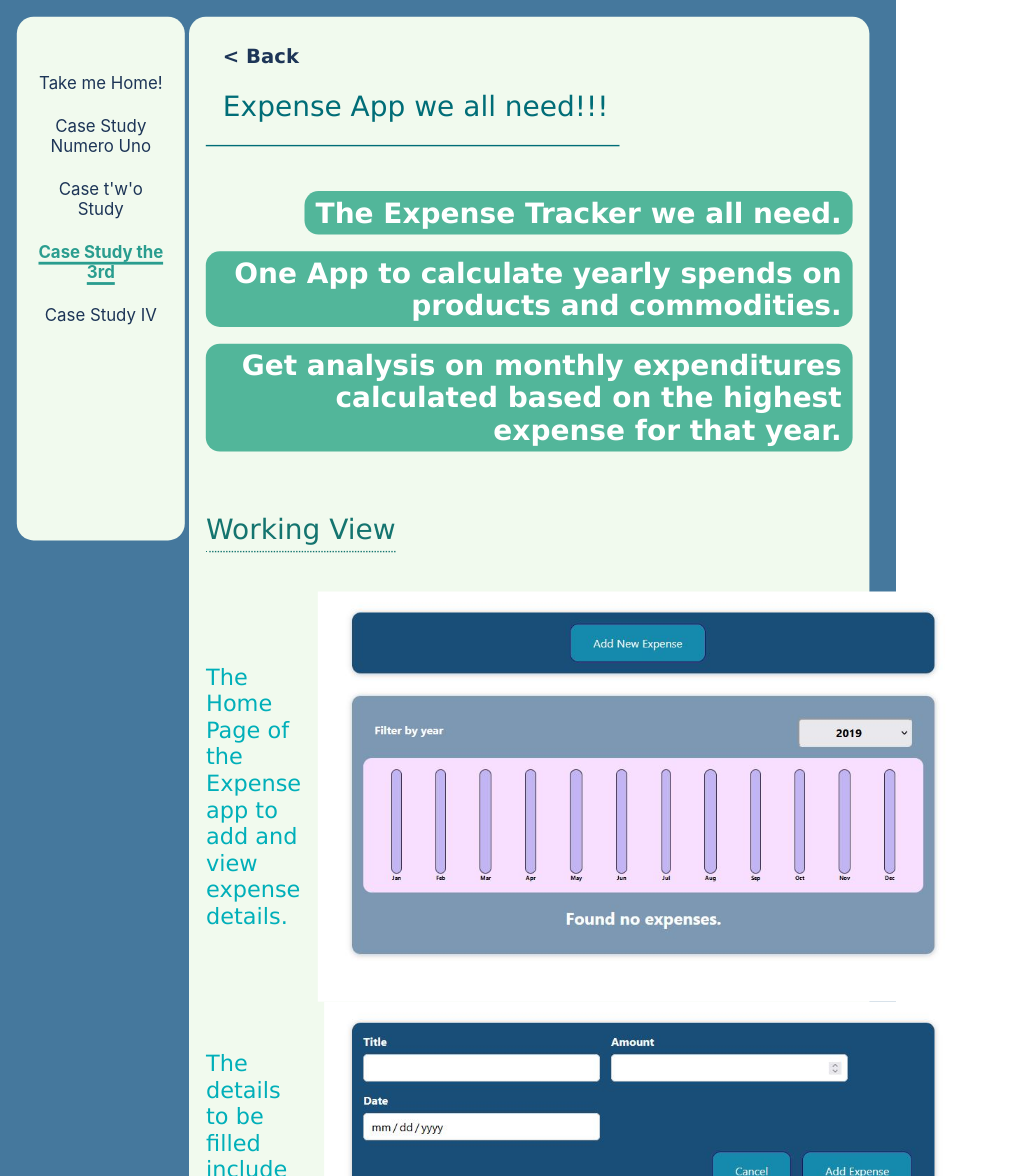
Repository: niranjangp/portfolioReact
Page: /cs-three
These files come from the project's save history. The page is drawn as it stood at one moment and after the next save; the edit follows.
The browser window is 1280 px wide. The page is 1449 px wide, then 1362 px, so the pictures cover 1449 px, including what lies to the right of the window. The pictures show the part of the page from y = 0 to 1680 px (the page is 4994 px tall before and 5125 px after), at 70% of full size.
The project was rebuilt for these pictures with package versions that can differ from the ones it lists, and the page was loaded fresh each time. Also part of the build but not shown: src/pages/enterDesign.jsx, src/pages/csOne.jsx, src/pages/csTwo.jsx, src/pages/notFound.jsx.

Above is the page before, as saved 2022-02-01 18:53:30.

### public/index.html
<!DOCTYPE html>
<html lang="en">
  <head>
    <meta charset="utf-8" />
    <!--<link rel="icon" href="%PUBLIC_URL%/favicon.ico" />-->
    <meta name="viewport" content="width=device-width, initial-scale=1" />
    <meta name="theme-color" content="#000000" />
    <meta
      name="description"
      content="Web site created using create-react-app"
    />
    <!--<link rel="apple-touch-icon" href="%PUBLIC_URL%/logo192.png" />-->
    <!--
      manifest.json provides metadata used when your web app is installed on a
      user's mobile device or desktop. See https://developers.google.com/web/fundamentals/web-app-manifest/
    -->
    <link rel="manifest" href="%PUBLIC_URL%/manifest.json" />
    <!--
      Notice the use of %PUBLIC_URL% in the tags above.
      It will be replaced with the URL of the `public` folder during the build.
      Only files inside the `public` folder can be referenced from the HTML.

      Unlike "/favicon.ico" or "favicon.ico", "%PUBLIC_URL%/favicon.ico" will
      work correctly both with client-side routing and a non-root public URL.
      Learn how to configure a non-root public URL by running `npm run build`.
    -->
    <title>Portfolio</title>
  </head>
  <body>
    <noscript>You need to enable JavaScript to run this app.</noscript>
    <div id="root"></div>
    <!--
      This HTML file is a template.
      If you open it directly in the browser, you will see an empty page.

      You can add webfonts, meta tags, or analytics to this file.
      The build step will place the bundled scripts into the <body> tag.

      To begin the development, run `npm start` or `yarn start`.
      To create a production bundle, use `npm run build` or `yarn build`.
    -->
  </body>
</html>

### src/index.css
body {
  margin: 0;
  font-family: -apple-system, BlinkMacSystemFont, 'Segoe UI', 'Roboto', 'Oxygen',
    'Ubuntu', 'Cantarell', 'Fira Sans', 'Droid Sans', 'Helvetica Neue',
    sans-serif;
  -webkit-font-smoothing: antialiased;
  -moz-osx-font-smoothing: grayscale;
  box-sizing: border-box;
}

code {
  font-family: source-code-pro, Menlo, Monaco, Consolas, 'Courier New',
    monospace;
}

p {
  margin: 0;
}

### src/App.js
import './App.css';

import { Route, NavLink, Switch, Redirect } from 'react-router-dom';
import EnterTheDesign from './pages/enterDesign';
import CSOne from './pages/csOne';
import CSTwo from './pages/csTwo';
import CSThree from './pages/csThree';
import NotFound from './pages/notFound';

function App() {
  const flatIconLink = "https://www.flaticon.com/free-icons/programmer";
  const wfhIconLink = "https://www.flaticon.com/free-icons/work-from-home";


  return (
    <div className='App'>
      <div className="containerOne">
        <nav className='navigation'>
          <div className='navDiv'>
            <NavLink activeClassName="nav-link active" className="nav-link" to="/enter-the-design">Take me Home!</NavLink>
          </div>
          <div className='navDiv'>
            <NavLink activeClassName="nav-link active" className="nav-link" to="/cs-one">Case Study Numero Uno</NavLink>
          </div>
          <div className='navDiv'>
            <NavLink activeClassName="nav-link active" className="nav-link" to="/cs-two">Case t'w'o Study</NavLink>
          </div>
          <div className='navDiv'>
            <NavLink activeClassName="nav-link active" className="nav-link" to="/cs-three">Case Study the 3rd</NavLink>
          </div>
          <div className='navDiv'>
            <NavLink activeClassName="nav-link active" className="nav-link" to="/cs-four">Case Study IV</NavLink>
          </div>
        </nav>
        <main className='mainOne'>
          <Switch>
            <Route exact path="/" ><Redirect to="/enter-the-design" /></Route>
            <Route path="/enter-the-design" ><EnterTheDesign /></Route>
            <Route exact path="/cs-one" ><CSOne /></Route>
            <Route exact path="/cs-two" ><CSTwo /></Route>
            <Route exact path="/cs-three"><CSThree /></Route>

            <Route path="*"><NotFound /></Route>
          </Switch>
          {/*<div className='firstRow'>
            <div className="width-60">
              <p className='fr-info'>NIRANJAN G P, IS A UI DEVELOPER AT DELOITTE USI</p>
            </div>
            <div className="width-40 img-block">
              <img src={avatarIcon} alt="avatar-icon" className='avtr-img' />
            </div>
          </div>
          <div className='sec-row'>
            <p>Hi, this is Niranjan.</p>
            <p>I Joined Deloitte USI as a campus recruit. Since then I've been part of many innovative and high-intensity projects, coordinating between multiple virtual teams to help complete client deliverables.</p>
            <p>I've been part of the FRONT-END community since 2017 and constantly learning and developing UI and gradually having a go at UX design parallely.</p>
            <p>Currently based in Bengaluru, I have a big love for travel and adventure, also keeping in mind to do my bit to conserve the environment.</p>
            <p>Thanks for stopping by.</p>
          </div>*/}

        </main>
        <footer>
          <div className='footer-info'>
            {/*<p>Niranjan G P</p>*/}
            <p>Design & Develop    |   mailtonirgp@gmail.com</p>
            <p>Please consider the Environment while printing.</p>
          </div>
          <div className='credits'>
            <a href={flatIconLink} title="programmer icons">Programmer icons created by Flat Icons - Flaticon</a>
            <a href={wfhIconLink} title="work from home icons">Work from home icons created by Freepik - Flaticon</a>
            <a href="https://www.flaticon.com/free-icons/fruit" title="fruit icons">Fruit icons created by Freepik - Flaticon</a>
            <a href="https://www.flaticon.com/free-icons/digital-money" title="digital money icons">Digital money icons created by Freepik - Flaticon</a>
          </div>
        </footer>
      </div>

    </div>
  );
}

export default App;

### src/App.css
.containerOne {
  background-color: #45789d;
  padding: 24px;
  position: relative;
}

.mainOne {
  width: 75%;
  margin-left: 20%;
  background-color: #F1FAEE;
  height: 100%;
  border-radius: 1.5rem;
  padding: 24px;
}

.navigation {
  position: absolute;
  top: 24px;
  left: 24px;
  width: 15%;
  height: 660px;
  background-color: #F1FAEE;
  border-radius: 1.5rem;
  padding: 64px 24px 24px;
}

.navDiv {
  padding: 16px 0;
  text-align: center;
}

.nav-link {
  font-size: 24px;
  text-decoration: none;
  color: #1d3557;
}

.nav-link.active {
  color: #2a9d8f;
  font-weight: bold;
  border-bottom: 4px solid #2a9d8f;
}

.fr-info {
  font-size: 3rem;
  font-family: 'Gill Sans', 'Gill Sans MT', Calibri, 'Trebuchet MS', sans-serif;
  padding: 24px 24px 24px 48px;
  color: #1d3557;
}

.firstRow {
  display: flex;
  align-items: center;
  padding: 64px 0;
}

.width-60 {
  width: 60%;
}

.width-40 {
  width: 40%;
}

.fullWidth {
  width: 100%;
}

.img-block {
  text-align: center;
}

.sec-row {
  background-color: #1d3557;
  color: #f1faee;
  border-radius: 0.75rem;
  padding: 64px;
  font-family: 'Lucida Sans', 'Lucida Sans Regular', 'Lucida Grande', 'Lucida Sans Unicode', Geneva, Verdana, sans-serif;
  font-size: 28px;
  text-align: justify;
}

.sec-row p {
  padding: 16px;
}

.centered {
  margin: 3rem auto;
  text-align: center;
  display: flex;
  justify-content: center;
  align-items: center;
}

.linkSel {
  text-decoration: underline;
  font-weight: bold;
}

.third-row {
  display: flex;
  flex-wrap: wrap;
  padding: 96px 24px 0;
}

.card-box {
  width: 50%;
  text-align: center;
  height: 600px;
}

.card {
  width: 400px;
  height: 450px;
  background-color: #ffddd2;
  border-radius: 20px;
  box-shadow: 4px 4px 4px 4px rgba(0, 0, 0, 0.2);
  margin: 3rem auto;
  flex-grow: 1;
  flex-shrink: 1;
  transition: width 500ms ease 0s;
}

.card:hover {
  box-shadow: 4px 4px 4px 8px rgba(0, 0, 0, 0.2);
  width: 420px;
  height: 470px;
  cursor: pointer;
}

.card a {
  text-decoration: none;
}

.card p {
  font-size: 32px;
  padding: 24px;
  color: #1d3557;
  font-family: Verdana, Geneva, Tahoma, sans-serif;
}

.card-icon {
  width: 256px;
  margin-top: 40px;
}

.intro-cs {
  text-align: center;
  font-size: 40px;
  color: #1d3557;
  font-family: 'Trebuchet MS', 'Lucida Sans Unicode', 'Lucida Grande', 'Lucida Sans', Arial, sans-serif;
}

footer {
  width: 75%;
  margin-left: 20%;
  background-color: #cfdbd5;
  height: 100%;
  border-radius: 1.5rem;
  padding: 24px;
  margin-top: 64px;
  color: #223843;
}

.footer-info {
  font-size: 1.5rem;
}

.footer-info p {
  padding: 1rem;
}

.credits {
  padding-left: 16px;
}

.credits a {
  text-decoration: none;
  display: block;
}

.csOne {
  min-height: 660px;
  height: 100%;
  color: #1d3557;
}

.backLink {
  font-size: 28px;
  font-weight: bold;
  padding: 16px 16px 16px 24px;
}

.backLink a {
  text-decoration: none;
  color: #1d3557;

}

.csOneHeader, .csTwoHeader, .cs3Header {
  font-size: 40px;
  padding: 16px 16px 32px 24px;
}

.csOneBody {
  padding: 0 24px;
}

.csOneH {
  font-size: 32px;
  padding-bottom: 8px;
  border-bottom: 2px solid #1d3557;
  margin-bottom: 16px;
  display: inline-block;
}

.csOneC {
  font-size: 28px;
}

.pd-bt {
  padding-bottom: 48px;
}

.pd-bt-small {
  padding-bottom: 24px;
}

.clrp {
  width: 100px;
  height: 40px;
  border-top-right-radius: 20px;
  border-bottom-right-radius: 20px;
  margin-right: 24px;
}

.fir {
  background-color: #0070D2;
}

.sec {
  background-color: #16325C;
}

.thi {
  background-color: #526173;
}

.fou {
  font-family: sans-serif;
  padding-right: 24px;
}

.dp-flx {
  display: flex;
  margin: 16px 40px;
  align-items: center;
}

.flx-bx {
  display: flex;
  align-items: center;
  justify-content: space-evenly;
  margin-bottom: 48px;
}

.flx-bx div {
  font-size: 32px;
}

.mrDesk {
  width: 800px;
}

.last-text {
  font-size: 28px;
  color: #f07167;
  margin: 0 64px 24px;
  text-align: center;
}

.csTwo {
  font-family: 'Franklin Gothic Medium', 'Arial Narrow', Arial, sans-serif;
}

.csTwoHeader {
  color: #e76f51;
}

.csTwoPara {
  color: #0081a7;
  font-size: 28px;
  padding-bottom: 8px;
}

.padd-div {
  padding: 16px 24px 56px;
}

.csTwoRowTwo {
  color: #c81d25;
  font-size: 32px;
  padding-bottom: 16px;
  border-bottom: 2px solid #c81d25;
  margin-bottom: 48px;
}

.textCen {
  text-align: center;
}

.screenName {
  font-size: 24px;
  width: 80%;
  margin: 0 auto;
  margin-bottom: 0px;
  background-color: #284b63;
  color: #fff;
  border-top-left-radius: 12px;
  border-top-right-radius: 12px;
  padding: 8px 0;
}

.scrIcon {
  width: 80%;
  margin: 8px 0 64px;
}

.cs3 {
  font-family: 'Lucida Sans', 'Lucida Sans Regular', 'Lucida Grande', 'Lucida Sans Unicode', Geneva, Verdana, sans-serif;
}

.cs3Header {
  color: #006d77;
  border-bottom: 2px solid #006d77;
  display: inline-block;

}


.right-content {
  text-align: right;
  margin: 64px 0;
}

.exp-para {
  font-size: 40px;
  display: inline-block;
  background-color: #52b69a;
  padding: 8px 16px;
  border-radius: 20px;
  color: #fff;
  font-weight: bold;
  margin-bottom: 24px;
}

.exp-header {
  display: inline-block;
  font-size: 40px;
  color: #14746f;
  padding-bottom: 8px;
  border-bottom: 2px dotted #14746f;
  margin-bottom: 56px;
}

.flexExp {
  display: flex;
  align-items: center;
  justify-content: space-around;
}

.iconText {
  padding-right: 24px;
  font-size: 32px;
  color: #00afb9;
}

/*.containerOne {
  background-color: #F1FAEE;
}
.mainOne {
  background-color: #a8dadc;
  width: 75%;
  margin-left: 20%;
  /-*background-color: #45789d;*-/
  height: 660px;
}

.p1 {
  color: #1d3557;
}
.p2 {
  color: #f1faee;
}*/

/*.App-logo {
  height: 40vmin;
  pointer-events: none;
}

@media (prefers-reduced-motion: no-preference) {
  .App-logo {
    animation: App-logo-spin infinite 20s linear;
  }
}

.App-header {
  background-color: #282c34;
  min-height: 100vh;
  display: flex;
  flex-direction: column;
  align-items: center;
  justify-content: center;
  font-size: calc(10px + 2vmin);
  color: white;
}

.App-link {
  color: #61dafb;
}*/

@keyframes App-logo-spin {
  from {
    transform: rotate(0deg);
  }

  to {
    transform: rotate(360deg);
  }
}

### src/pages/csThree.jsx
import React from 'react';
import { Link } from 'react-router-dom';
import ExpHome from '../assets/expHome.JPG';
import AddExp from '../assets/addExp.JPG';
import SingleExp from '../assets/singleExp.JPG';
import MultiExp from '../assets/multiExp.JPG'


const csThree = () => {
    return (
        <div className='cs3'>
            <div className="backLink"><Link to="/enter-the-design">{'< Back'}</Link></div>
            <div className='cs3Header'>Expense App we all need!!!</div>
            <div className="exp-body">
                <div className="right-content">
                    <p className="exp-para">The Expense Tracker we all need.</p>
                    <p className="exp-para">One App to calculate yearly spends on products and commodities.</p>
                    <p className="exp-para">Get analysis on monthly expenditures calculated based on the highest expense for that year.</p>
                </div>
                <div>
                    <div className="exp-header">Working View</div>
                    <div className="flexExp"><div className="iconText">The Home Page of the Expense app to add and view expense details.</div><img src={ExpHome} alt="expense-home" className="expIcon"/></div>
                    <div className="flexExp"><div className="iconText">The details to be filled include the name of the expense, the amount and the date of the expense incurred.</div><img src={AddExp} alt="add-expense"  className="expIcon" /></div>
                    <div className="flexExp"><div className="iconText">Screen when there is only one Expense entry for a particular month, capturing the when, how much and the monthly chart of the expenses captured.</div><img src={SingleExp} alt="single-exp" className="expIcon" /></div>
                    <div className="flexExp"><div className="iconText">Screen when multiple expense items are entered with the highest amount in a particular month accounted in a year to be the highest amount in the chart, unless overwritten by any future expenses exceeding the previous highest amount. The subsequent monthly expense details captured are based on the highest month and fill the chart appropriately.</div><img src={MultiExp} alt="multi-exp" className="expIcon" /></div>
                </div>
                <div>
                    <p className="exp-para">The design is card and container based and darker hues are used for color schemes.</p>
                    <p className="exp-para">App is built using ReactJS, implementing CSS design guidelines too.</p>
                </div>
            </div>
            <div className="last-text">To go back, scroll up to find the Back button near the top of the screen or use the navigation links to take you to the home page or to the desired webpage!!!</div>
        </div>
    )
};

export default csThree;

Loaded but not shown: src/index.js (common file); src/reportWebVitals.js (common file)

After the next save:
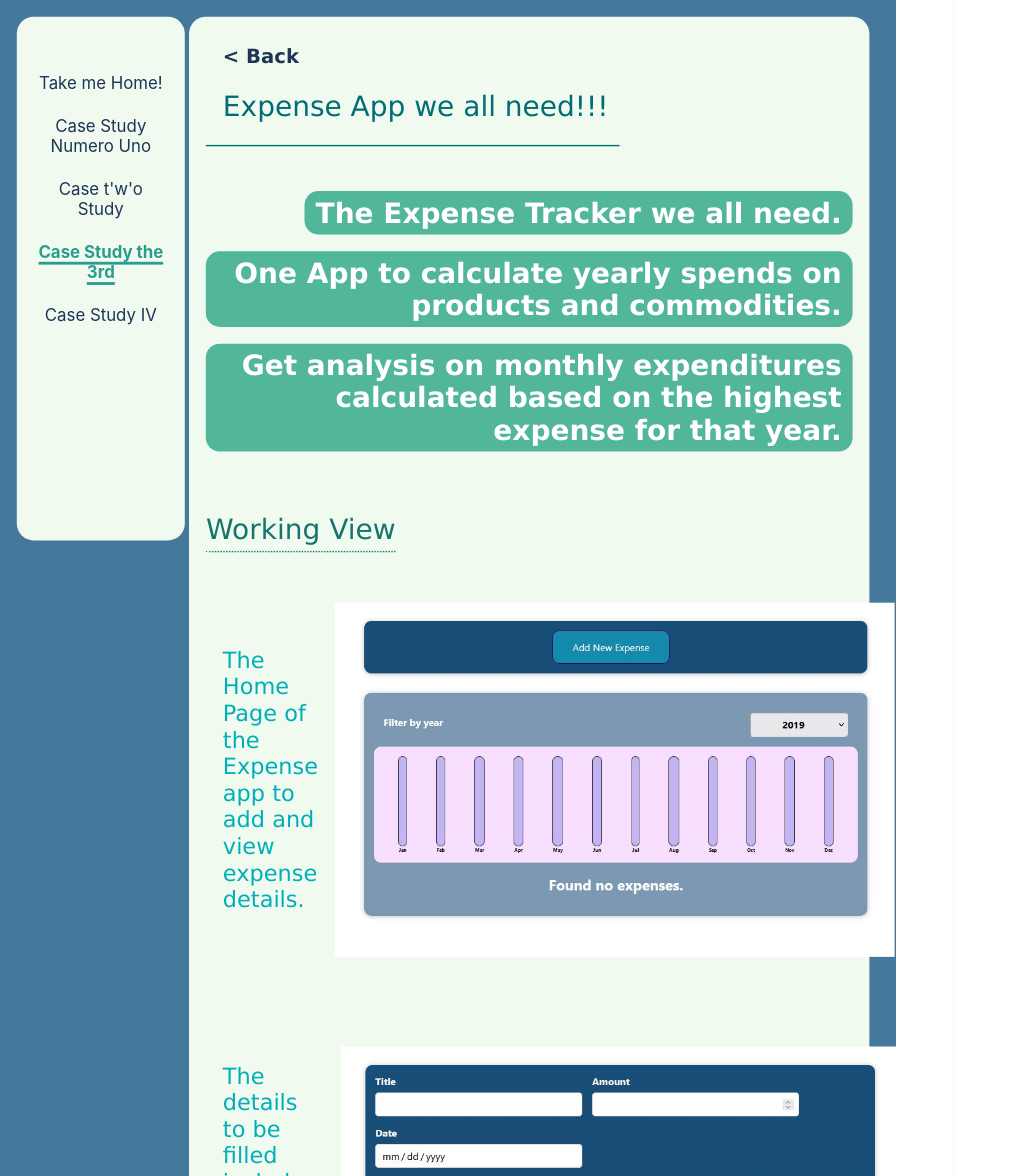
Saved 59 s later.
--- a/src/App.css
+++ b/src/App.css
@@ -360,7 +360,7 @@ footer {
   color: #14746f;
   padding-bottom: 8px;
   border-bottom: 2px dotted #14746f;
-  margin-bottom: 56px;
+  margin-bottom: 8px;
 }
 
 .flexExp {
@@ -370,11 +370,15 @@ footer {
 }
 
 .iconText {
-  padding-right: 24px;
+  padding: 24px;
   font-size: 32px;
   color: #00afb9;
 }
 
+.expIcon {
+  margin :64px 0;
+  width: 800px;
+}
 /*.containerOne {
   background-color: #F1FAEE;
 }
